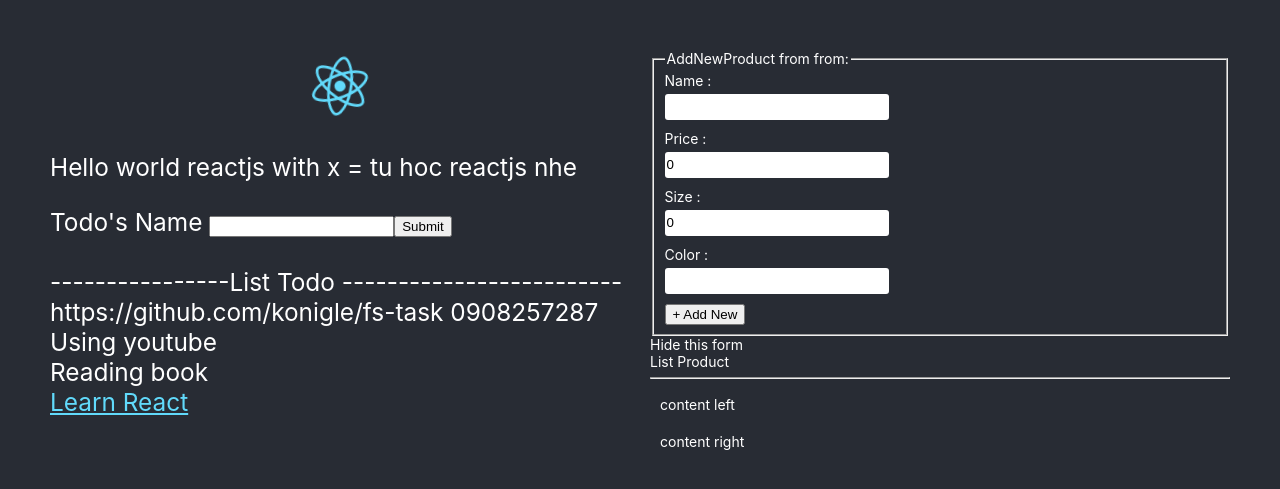
Repository: baothi/learn-reactjs
Page: /
An editor plug-in stored every save of this project. The page is shown before and after the next save, followed by the edit.
The browser window is 1280 px wide. The pictures show the whole page.
The project was rebuilt for these pictures with package versions that can differ from the ones it lists, and the page was loaded fresh each time.

Above is the page before, as saved 2022-10-05 15:47:30.

After the next save:
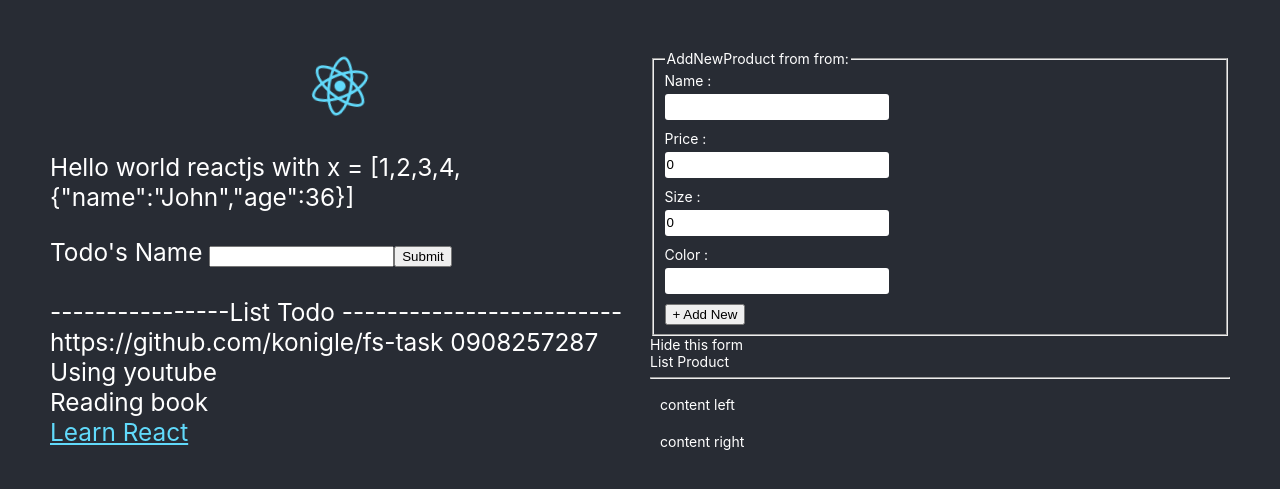
Saved 48 s later.
--- a/src/App.js
+++ b/src/App.js
@@ -7,9 +7,9 @@
 
 // function App() {
 const App = () => {
-  // const x = [1, 2, 3, 4, { name: 'John', age: 36 }] ==> {JSON.stringify(x)}
+  const x = [1, 2, 3, 4, { name: 'John', age: 36 }] //==> {JSON.stringify(x)}
   // npm install --save-exact sass@1.45.0
-  const x = "tu hoc reactjs nhe"
+  // const x = "tu hoc reactjs nhe"
   return (
     <div className="App" /*style={{ border: '1px solid red', textTransform: 'uppercase'}}*/ >
       <header className="App-header content-left">
@@ -18,7 +18,7 @@
         </div>
 
         <p>
-          <span>Hello world reactjs with x = {x}</span>
+          <span>Hello world reactjs with x = {JSON.stringify(x)}</span>
         </p>
         <Home />
         <a
